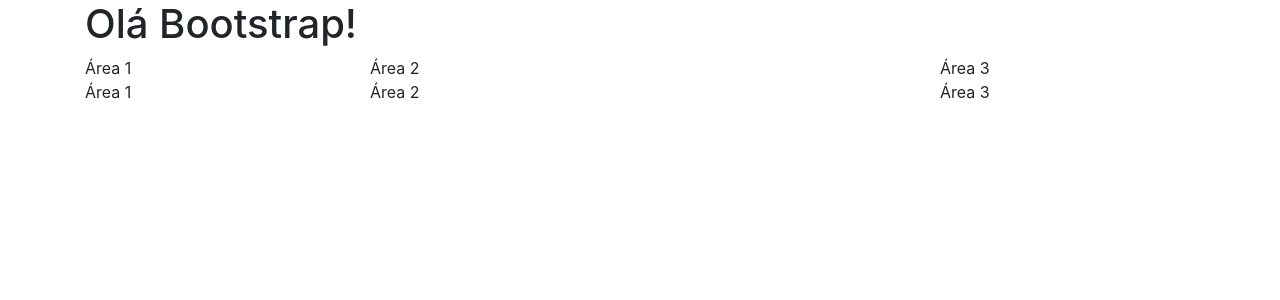
Repository: woodyalan/bootstrap-4
Page: conteudo.html
The author's editor kept a copy of each file at every save. The page is drawn from the files as they stood at one save, then again after the next save.
The browser window is 1280 px wide. The pictures show the whole page.

Above is the page before, as saved 2020-09-08 22:12:44.

### conteudo.html
<!DOCTYPE html>
<html lang="pt-br">
  <head>
    <!-- Required meta tags -->
    <meta charset="utf-8" />
    <meta name="viewport" content="width=device-width, initial-scale=1, shrink-to-fit=no" />

    <link rel="stylesheet" href="https://stackpath.bootstrapcdn.com/bootstrap/4.5.2/css/bootstrap.min.css" />

    <title>Olá Bootstrap!</title>
  </head>
  <body>
    <div class="container">
      <h1>Olá Bootstrap!</h1>

      <div class="row">
        <div class="col-3 border-primary">Área 1</div>
        <div class="col-6 border-primary">Área 2</div>
        <div class="col-3 border-primarys">Área 3</div>
      </div>

      <div class="row">
        <div class="col-6 col-lg-3 border-primary">Área 1</div>
        <div class="col-6 col-lg-6 border-primary">Área 2</div>
        <div class="col-12 col-lg-3 border-primary">Área 3</div>
      </div>
    </div>

    <!-- JS, Popper e jQuery -->
    <script src="https://code.jquery.com/jquery-3.5.1.slim.min.js"></script>
    <script src="https://cdn.jsdelivr.net/npm/popper.js@1.16.1/dist/umd/popper.min.js"></script>
    <script src="https://stackpath.bootstrapcdn.com/bootstrap/4.5.2/js/bootstrap.min.js"></script>
  </body>
</html>

After the next save:
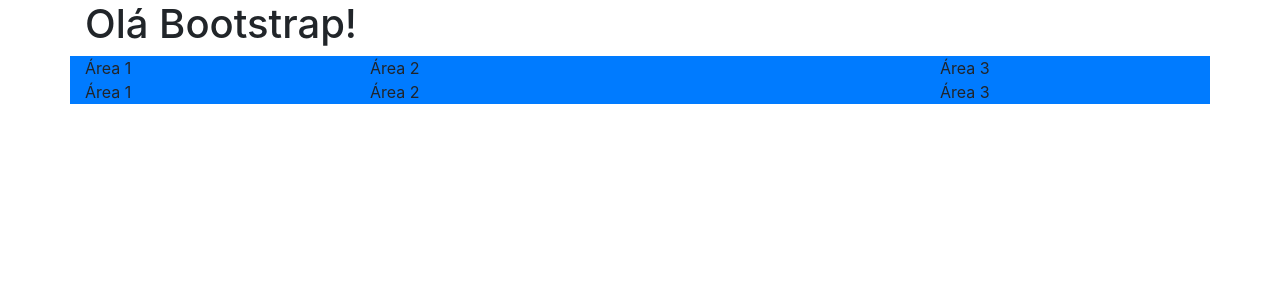
Saved 37 s later.
--- a/conteudo.html
+++ b/conteudo.html
@@ -14,15 +14,15 @@
       <h1>Olá Bootstrap!</h1>
 
       <div class="row">
-        <div class="col-3 border-primary">Área 1</div>
-        <div class="col-6 border-primary">Área 2</div>
-        <div class="col-3 border-primarys">Área 3</div>
+        <div class="col-3 bg-primary">Área 1</div>
+        <div class="col-6 bg-primary">Área 2</div>
+        <div class="col-3 bg-primary">Área 3</div>
       </div>
 
       <div class="row">
-        <div class="col-6 col-lg-3 border-primary">Área 1</div>
-        <div class="col-6 col-lg-6 border-primary">Área 2</div>
-        <div class="col-12 col-lg-3 border-primary">Área 3</div>
+        <div class="col-6 col-lg-3 bg-primary">Área 1</div>
+        <div class="col-6 col-lg-6 bg-primary">Área 2</div>
+        <div class="col-12 col-lg-3 bg-primary">Área 3</div>
       </div>
     </div>
 
